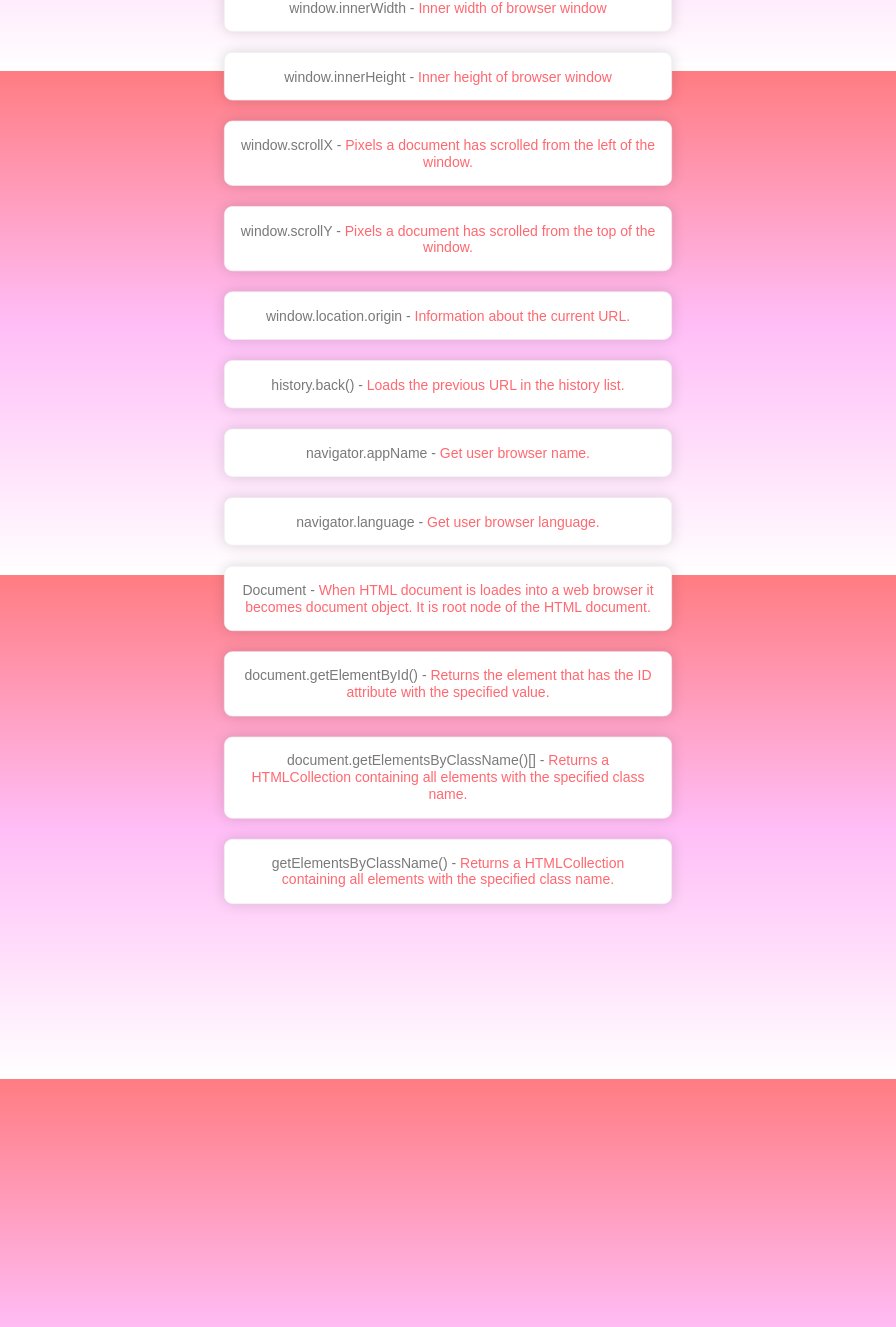
Repository: michalgornicki/javascript
Page: /#/Window
These files come from the project's save history. The page is drawn as it stood at one moment and after a run of saves; the edit follows.
The browser window is 1280 px wide. The pictures show the part of the page from y = 1339 to 3259 px (the page is 3235 px tall before and 3259 px after), at 70% of full size.
Backgrounds fixed to the window are drawn as part of the page. The project was rebuilt for these pictures with package versions that can differ from the ones it lists, and the page was loaded fresh each time. Also part of the build but not shown: src/index.css, src/components/arrays.jsx, src/components/variables.jsx, src/components/numbers.jsx, src/components/loops.jsx, src/components/async.jsx, src/components/DOM manipulation.jsx.

Above is the page before, as saved 2022-02-01 08:43:45.

After the next 4 saves:
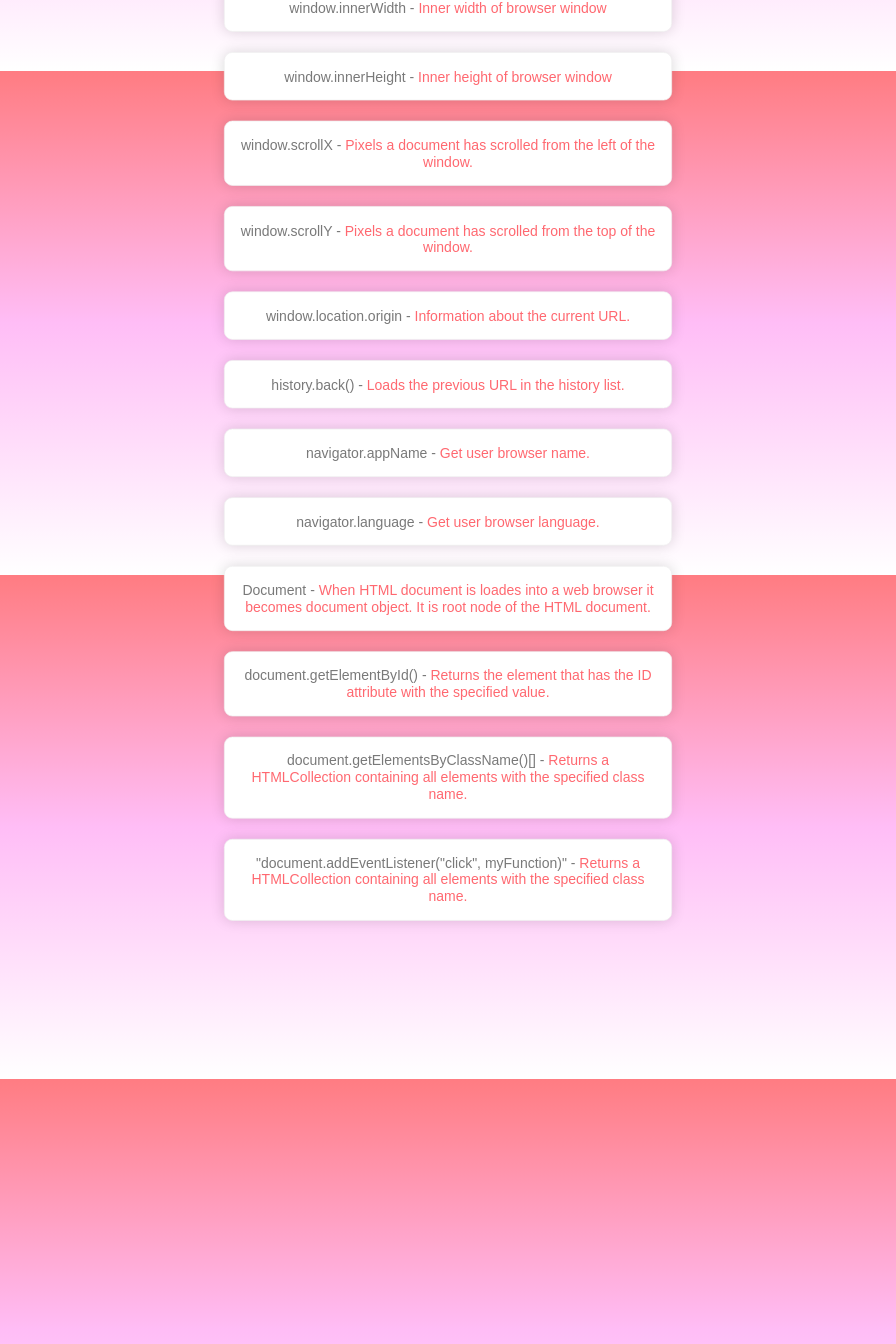
The 4 saves are shown as one change because 2 did not build or start and some came seconds apart.
The last was saved 2 min 55 s later.
--- a/src/components/window.jsx
+++ b/src/components/window.jsx
@@ -108,7 +108,7 @@ const Window = () => {
       </div>
       <div className="js-item h5">
         {" "}
-        <span className="">{"getElementsByClassName()"} -</span>
+        <span className="">{`"document.addEventListener("click", myFunction)"`} -</span>
         <span className="text-pink"> Returns a HTMLCollection containing all elements with the specified class name.</span> <br />
       </div>
 
